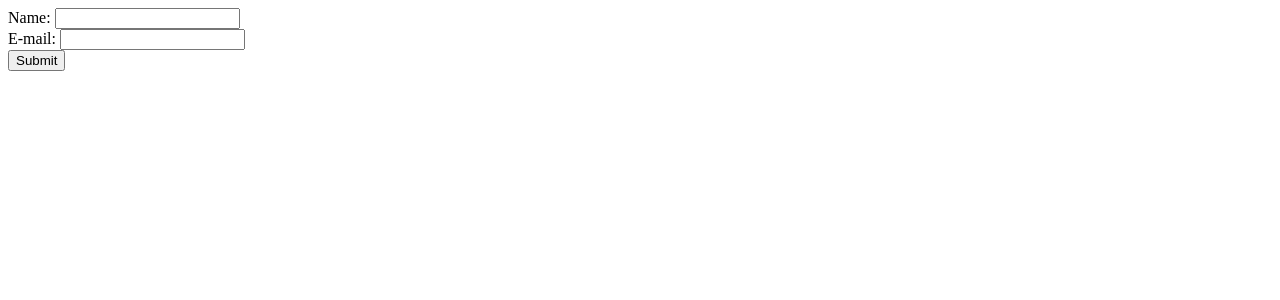
Repository: ECE373-Fall16/opencrowd
Page: lettucebuy/workspace/client_register.html
The author's editor kept a record of every edit. The page is drawn from the files as they stood at one moment, then again after the next edit.
The browser window is 1280 px wide. The pictures show the whole page.

Above is the page before.

After the next edit:
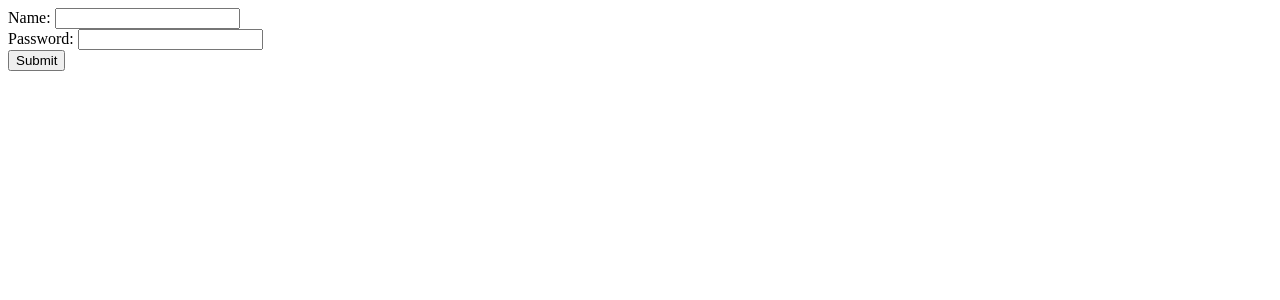
The edit:
--- a/lettucebuy/workspace/client_register.html
+++ b/lettucebuy/workspace/client_register.html
@@ -1,9 +1,9 @@
 <html>
 <body>
 
-<form action="client_register.php" method="post">
-Name: <input type="text" name="name"><br>
-E-mail: <input type="text" name="email"><br>
+<form action="client_register.php" method="get">
+Name: <input type="text" name="name_ID"><br>
+Password: <input type="text" name="password"><br>
 <input type="submit">
 </form>
 
